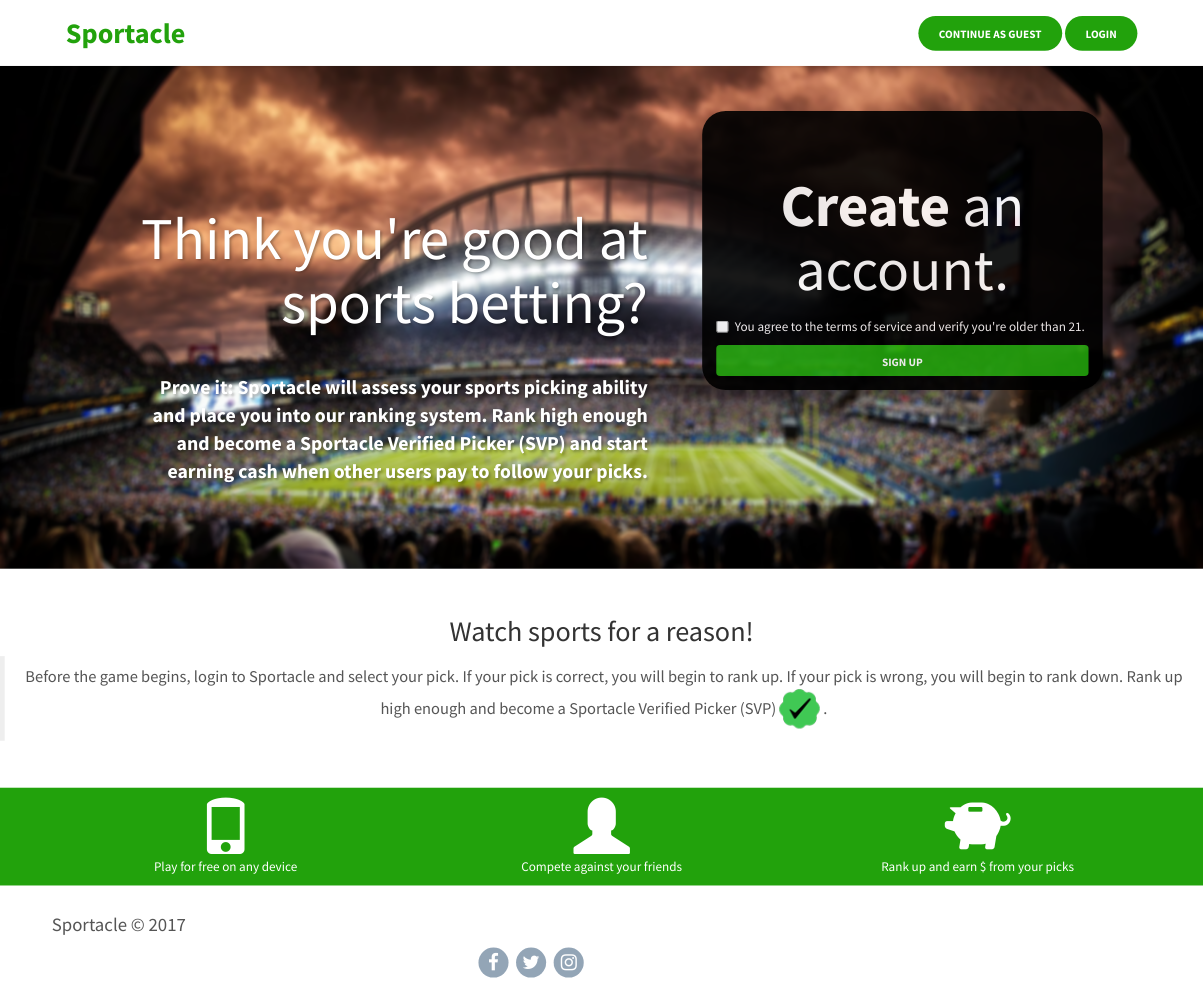
Repository: hartigan89/sportacle
Page: templates/application/landing.html
The author's editor kept a record of every edit. The page is drawn from the files as they stood at one moment, then again after the next edit.
The browser window is 1280 px wide. The pictures show the whole page, at 94% of full size.
The template is drawn by Django 2.2. The application's start-up code is not run. The template is opened directly, without the code that normally fills it, so the values that code supplies are empty.

Above is the page before.

After the next edit:
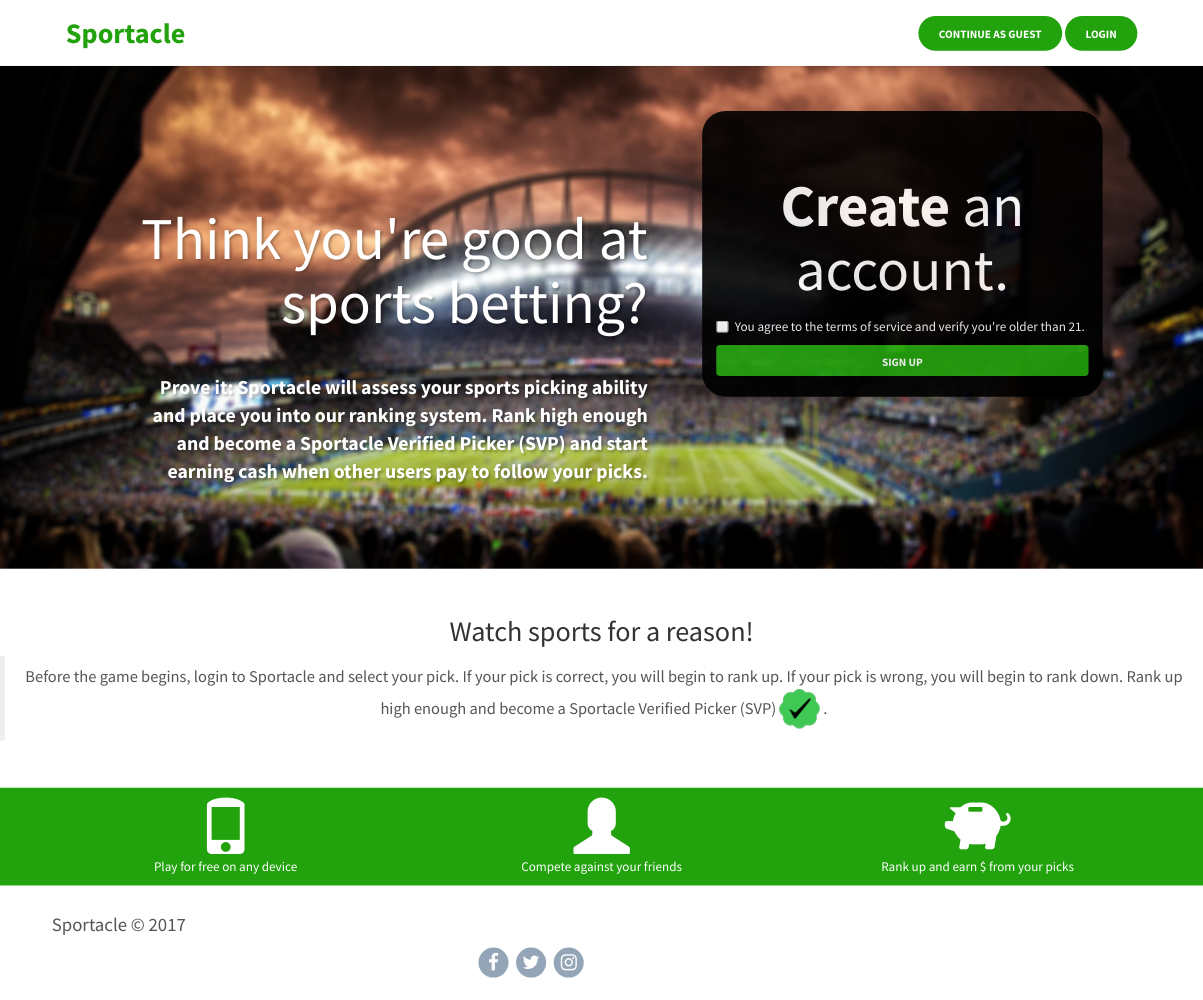
The edit:
--- a/static/landing/css/user.css
+++ b/static/landing/css/user.css
@@ -68,6 +68,7 @@
   border-radius: 25px;
   padding-top: 0;
   margin-top: 0;
+  padding-bottom: 7px;
   }
 
 .iphone-mockup .screen {
